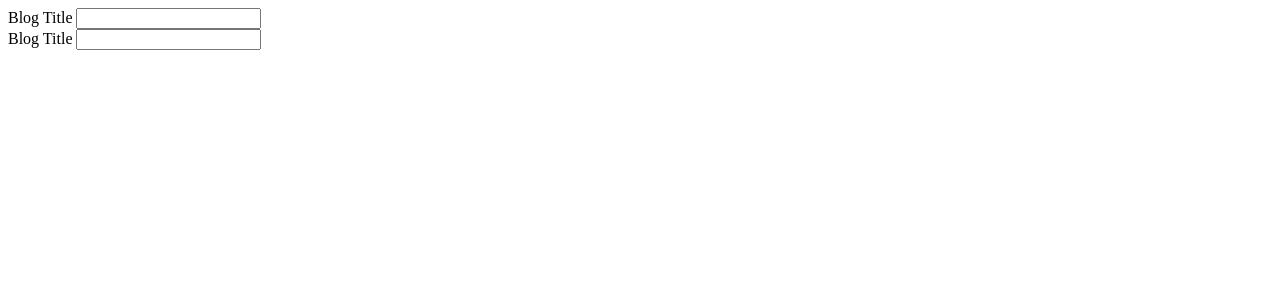
Repository: aneishkumar/AngularJS-Application
Page: Angularjs-Application-feb27th/project2/WebContent/addblog.html
The author's editor kept a copy of each file at every save. The page is drawn from the files as they stood at one save, then again after the next save.
The browser window is 1280 px wide. The pictures show the whole page.

Above is the page before, as saved 2018-02-26 10:04:51.

### Angularjs-Application-feb27th/project2/WebContent/addblog.html
<div class="containter">
<form>
<div class="form-group">
<label>Blog Title</label>
<input type="text" ng-model="blog.blogtiltle">
</div>
<div class="form-group">
<label>Blog Title</label>
<input type="text" ng-model="blog.blogtiltle">
</div>
</form>


</div>

After the next save:
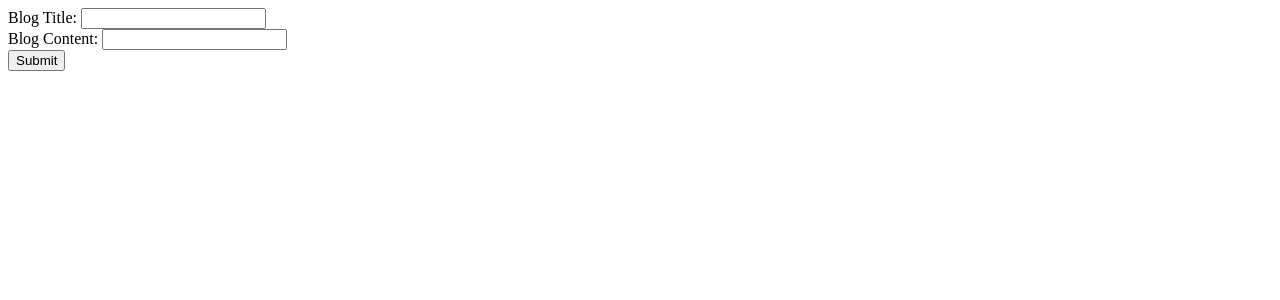
Saved 8 min 29 s later.
--- a/Angularjs-Application-feb27th/project2/WebContent/addblog.html
+++ b/Angularjs-Application-feb27th/project2/WebContent/addblog.html
@@ -1,13 +1,15 @@
 <div class="containter">
 <form>
 <div class="form-group">
-<label>Blog Title</label>
+<label>Blog Title:</label>
 <input type="text" ng-model="blog.blogtiltle">
 </div>
 <div class="form-group">
-<label>Blog Title</label>
-<input type="text" ng-model="blog.blogtiltle">
+<label>Blog Content: </label>
+<input ng-model="blog.blogtiltle"></textarea>
 </div>
+<input type="submit" ng-click="addblog(blog)">
+
 </form>
 
 
